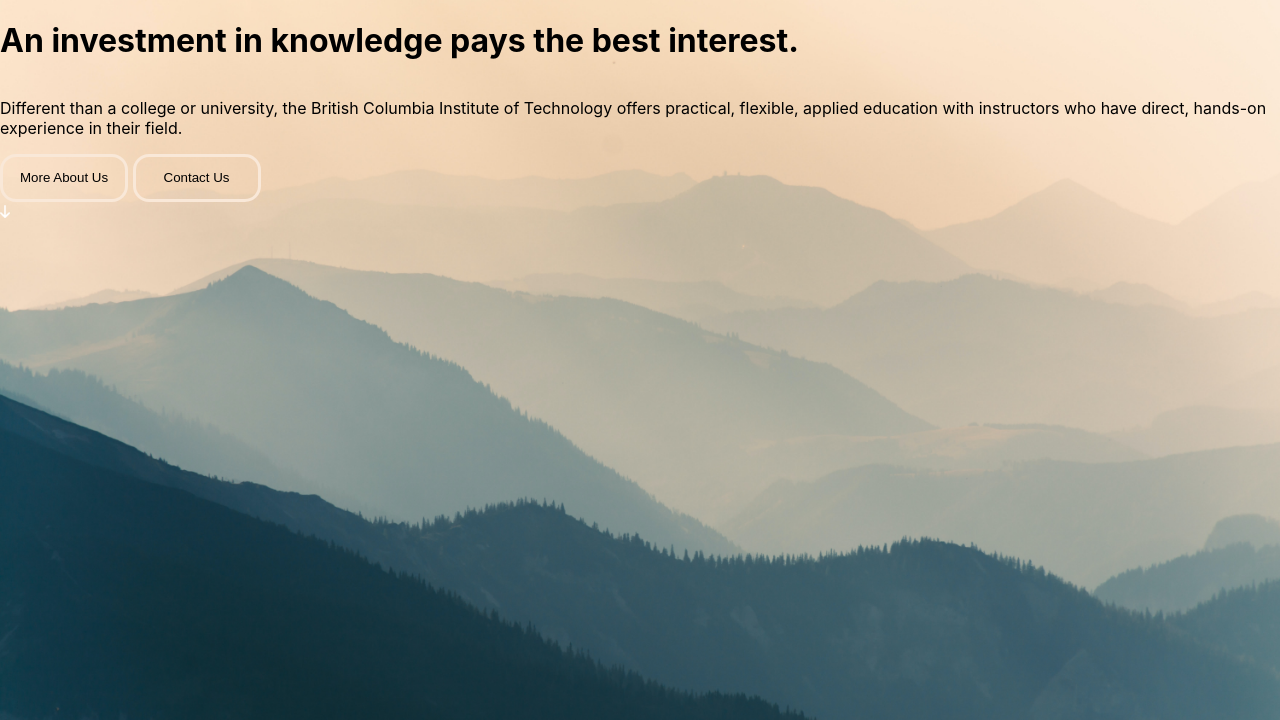
Repository: SaraShio/A01314209_Sara_Shiojima
Page: /
These files come from the project's save history. The page is drawn as it stood at one moment and after a run of saves; the edit follows.
The browser window is 1280 px wide. The pictures show the whole page.
The project was rebuilt for these pictures with package versions that can differ from the ones it lists, and the page was loaded fresh each time. The framework's server and built-in components were replaced by stand-ins that run in the browser. Also part of the build but not shown: next.config.js.

Above is the page before, as saved 2023-02-07 22:19:51.

### pages/index.js
import Head from 'next/head'
import Image from 'next/image'
import styles from '../styles/Home.module.css'
import Link from 'next/link'
import Arrow from '../components/Arrow'

export default function Home() {
  return (
    <>
      <Head>
        <title>Home</title>
        <meta name="author" content="MDIA 2109" />
        <meta property="og:title" content="Assignment #1 - Home Page" />
        <meta property="og:description" content="BCIT Digital Design and Development Diploma" />
        <link rel="icon" href='/favicon.png' />
      </Head>

      <main className={styles.main}>
        <div className={styles.content}>
          <header>
            <h1>An investment in knowledge pays the best interest.</h1>
          </header>

          <p>Different than a college or university, the British Columbia Institute of Technology offers practical, flexible, applied education with instructors who have direct, hands-on experience in their field.</p>
          <div>
            <a href='/about'> <button className={styles.button}>More About Us</button></a>

            <a href='/contact'> <button className={styles.button}>Contact Us</button></a>
          </div>
        </div>
        <Arrow page="Home" />
      </main>
    </>
  )
}

### styles/globals.css
:root{
  --beige:#f9e8d8;
  }


html,
body {
  padding: 0;
  margin: 0;
  font-family: -apple-system, BlinkMacSystemFont, Segoe UI, Roboto, Oxygen,
    Ubuntu, Cantarell, Fira Sans, Droid Sans, Helvetica Neue, sans-serif;
}

a {
  color: inherit;
  text-decoration: none;
}

* {
  box-sizing: border-box;
}

@media (prefers-color-scheme: dark) {
  html {
    color-scheme: dark;
  }
  body {
    color: white;
    background: black;
  }
}

### styles/Home.module.css

.main{
background-image: url(../public/background-images/backgroundMountain.jpg);
height: 100vh;
width: 100vw;
 background-size: cover;
  background-repeat:no-repeat;
  background-position:center;
}



.content{
    display: flex;
    flex-direction: column;
    justify-content: center;
    align-items: left;
}

.button{
background-color: transparent;
border: 0.2rem solid var(--beige);
height: 3rem;
width: 8rem;
border-radius: 1rem;
}

### components/Arrow/index.js
import styles from './Arrow.module.css'

export default function Arrow({
    page = "home",
}) {
    return (

        page.toLowerCase() === "home" ?
            <div className={styles.arrow}><a><span><img src={'public/icons/downwardArrow.png'} /></span></a>
            </div> :
            page.toLowerCase() === "about" ?
                <div className={styles.arrow}><a><span><img src={'public/icons/upwardArrow.png'} /></span></a>
                    <a><span><img src={'public/icons/downwardArrow.png'} /></span></a>
                </div> :
                page.toLowerCase() === "contact" ?
                    <div className={styles.arrow}><a href="/about"><span><img src={'public/icons/upwardArrow.png'} /></span></a>
                    </div> :
                    <div className={styles.arrow}><a href="/"><span><img src={'public/icons/downwardArrow.png'} /></span></a>
                    </div>
    )
}

### components/Arrow/Arrow.module.css
.arrow{
    color: pink;
    bottom:20px;
}


.arrow > a > span > img{
    width: 10px;
}

Loaded but not shown: pages/_app.js (common file)

After the next 5 saves:
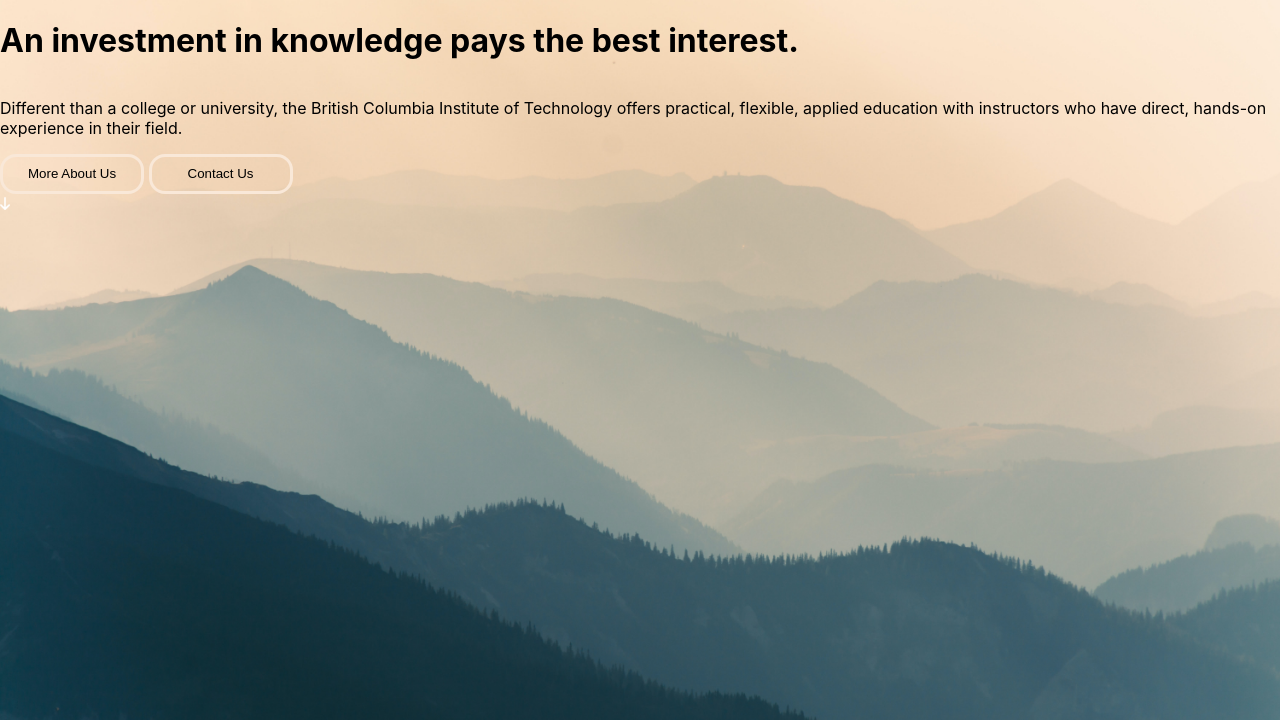
The 5 saves are shown as one change because they came seconds apart.
The last was saved 3 min 55 s later.
--- a/styles/Home.module.css
+++ b/styles/Home.module.css
@@ -20,7 +20,7 @@ width: 100vw;
 .button{
 background-color: transparent;
 border: 0.2rem solid var(--beige);
-height: 3rem;
-width: 8rem;
+height: 2.5rem;
+width: 9rem;
 border-radius: 1rem;
 }
